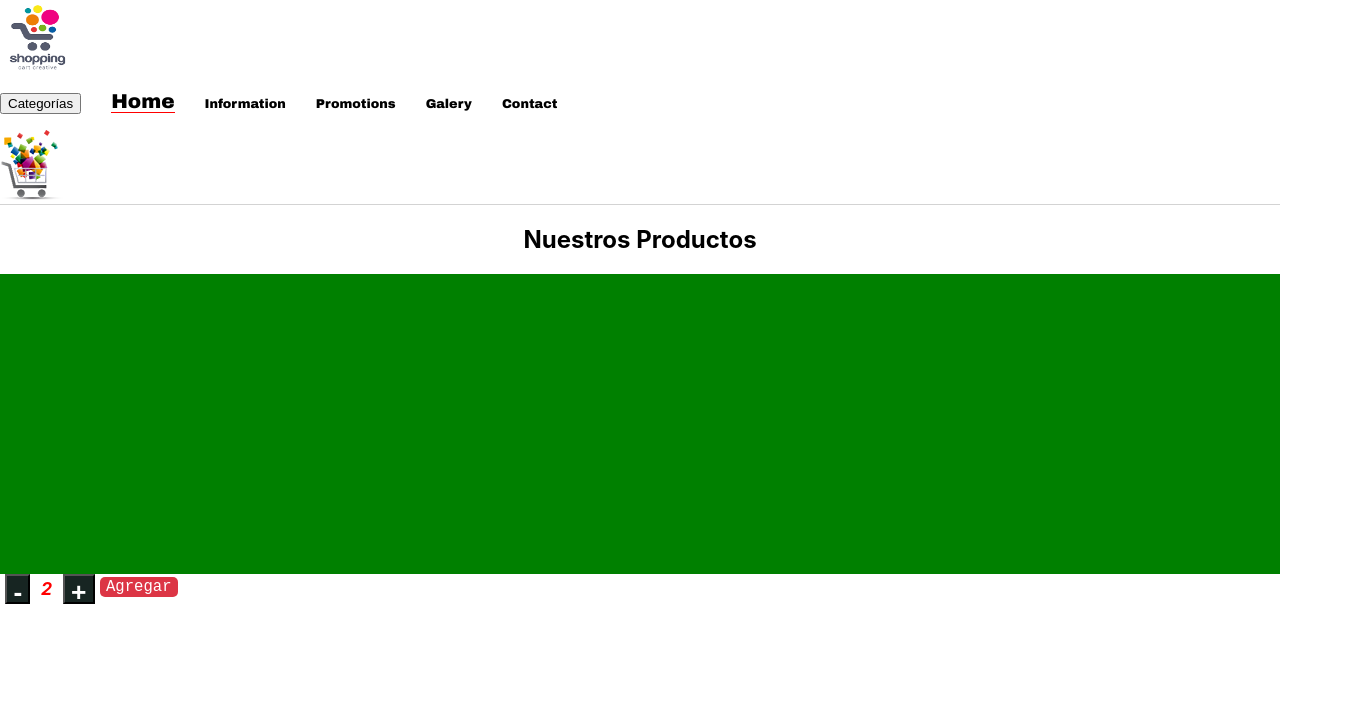
Repository: gustavomanuelquintana/CoderRepository
Page: / (app in cards-commers/)
These files come from the project's save history. The page is drawn as it stood at one moment and after the next save; the edit follows.
The browser window is 1280 px wide. The page is 1280 px wide, then 1350 px, so the pictures cover 1350 px, including what lies to the right of the window. The pictures show the whole page.
The project was rebuilt for these pictures with package versions that can differ from the ones it lists, and the page was loaded fresh each time.

Above is the page before, as saved 2020-10-31 13:40:37.

### cards-commers/src/App.js
import React from "react";
import NavBar from "./Components/NavBar/NavBar";
import ItemListContainer from "./Components/ItemListContainer/ItemListContainer";
import ItemCount from "./Components/ItemCount/ItemCount";

function App() {
  let stock= 14;
  const handleAdd = (counter) => {
    return ({stock}) => {
      if (stock <=0){
        alert('No hay stock')
      }else {
        alert(`Se van agregar ${counter} articulos`)
      }
    }
  }

  return (
    <div className="App">
        <NavBar />
        <ItemListContainer titulo='Nuestros Productos'/>
        <ItemCount onAdd={handleAdd}  stock={stock} initial={2} />
    </div>
  );
}

export default App;

### cards-commers/src/Components/NavBar/NavBar.js
import React from "react";
import ImageNavBar from "../../Images/cards-logo.png";
import CartWidget from "../CartWidget/CartWidget";
import Dropdown from "react-bootstrap/Dropdown";
import "./NavBar.css";

const styleFont = {
  fontSize: 20,
  borderBottom: "1px solid red",
};

function NavBar() {
  return (
    <div className=" col-12">
      <div className="header-navBar col-12">
        <div className="row col-12">
          <div className="Logo-navBar col-1">
            <a href="index.html">
            <img src={ImageNavBar} alt="logo" width="75" height="70" />
            </a>
          </div>
          <div className="Links-navBar col-10 mt-3">
            <ul className="List-navBar">
              <li>
                <Dropdown>
                  <Dropdown.Toggle  variant="danger" id="dropdown-basic">
                    Categorías
                  </Dropdown.Toggle>

                  <Dropdown.Menu>
                    <Dropdown.Item   href="#/action-1">
                      Deportes / Fitness
                    </Dropdown.Item>
                    <Dropdown.Item href="#/action-2">
                      Hogar / Electrodomésticos
                    </Dropdown.Item>
                    <Dropdown.Item href="#/action-3">Vehículos</Dropdown.Item>
                  </Dropdown.Menu>
                </Dropdown>
              </li>
              <li>
                <a style={styleFont} href="#">
                  Home
                </a>
              </li>
              <li>
                <a href="#">Information</a>
              </li>
              <li>
                <a href="#">Promotions </a>
              </li>
              <li>
                <a href="#">Galery</a>
              </li>
              <li>
                <a href="#">Contact</a>
              </li>
            </ul>
          </div>
          <div className="carrito-navBar col-1">
            <CartWidget />
          </div>
        </div>
      </div>
    </div>
  );
}

export default NavBar;

### cards-commers/src/Components/ItemListContainer/ItemListContainer.js
import React, {useState, useEffect} from 'react';
import './ItemListContainer.css';
import ItemList from './ItemList/ItemList';

const getList = () => {
    return new Promise( (res) => {
        let products;
        res(
            products = ["nike", "Airmax", "Running fast"]
        )
    });
}


function ItemListContainer({titulo}){
    const [itemList, setItemList] = useState([]);

    // Use effect
    useEffect( () => {
        getList().then( mercaderia => {
           setItemList(mercaderia);
        });
    },[]); // End useEffect

    return (
        <div className="container">
            <h2>{titulo}</h2>
        <ItemList items={itemList} />
        </div>
    );
}



export default ItemListContainer;

### cards-commers/src/Components/ItemCount/ItemCount.js
import React, {useState} from 'react';
import ButtonsCount from './ButtonsCount/ButtonsCount';
import ViewCount from './ViewCount/ViewCount';
import AgregarCount from './AgregarCount/AgregarCount';


    const styleContain={
        backgroundColor:"white",
        display:"flex",
    }
    const styleBox = {
        color:"red",
        fontWeight:"bold",
        fontSize:"1.1em",
        lineHeight:"18px",
        display:"flex",
        justifyContent:"center",
        width:"100px",
        height:"30px",
    }
    const boxAdd ={
        fontWeight: "bold",
        fontSize: "1em",
        color: "red",
    }
    export default function ItemCount({onAdd,stock,initial}) {
        let [counter, counterState] = useState(initial);

    const onClickButton = (amount) => {
        return () => {
            let total = (amount < 0) ? 0 : amount;
            let limiter = (total > stock) ? stock: total;
            counterState(limiter);

        }
    }

    let props = {counter, counterState}

    return (
        <div className="section-car" style={styleContain}>
        <div className="box-count" style={styleBox}>
            <ButtonsCount suma={false} onClick={onClickButton} {...props} />
             <ViewCount value={counter}/>
             <ButtonsCount suma={true} onClick={onClickButton}  {...props}/>
        </div>

        <div  className="box-add" style={boxAdd}> <AgregarCount onAdd= {onAdd} {...{counter}}/> </div>
        </div>
        );
}

### cards-commers/src/Components/CartWidget/CartWidget.js
import React from 'react';
import ImageCarrito from "../../Images/carrito-img.png";

function CartWidget(){
    return (
        <a href="#">
         <img src={ImageCarrito}/>
        </a>
    )
}

export default CartWidget;

### cards-commers/src/Components/NavBar/NavBar.css
img {
  max-width: 100%;
}
.header-navBar {
  background-color: white;
  display: flex;
  width: 100%;
  border-bottom: 1px solid lightgrey;
}

.Logo-navBar img {
  max-height: 8em;
  max-width: 8em;
}
.Links-navBar ul li {
  display: inline-block;
  margin-right: 35px;
  margin: 0 70px 0 -40px;
}
.Links-navBar ul li a {
  color: black;
  font-family: Arial Black;
  font-size: 0.8em;
  font-weight: bold;
  text-decoration: none;
}

### cards-commers/src/Components/ItemListContainer/ItemListContainer.css
.container{
    width:100%;
    max-height:100vh;
    margin: 0.25 auto;
    pading: 35px;
}
.container h2{
    text-align:center;
}

### cards-commers/src/Components/ItemListContainer/ItemList/ItemList.js
import React, {useState, useEffect} from 'react';
import './ItemList.css';





function ItemList({items}){
return <div className="itemList">

     </div>
}


export default ItemList;

### cards-commers/src/Components/ItemCount/ButtonsCount/ButtonsCount.js
import React from "react";
const styleButton = {
    fontWeight: "bold",
    fontSize:"1.5em",
    background: "#172522",
    color: "white",
    margin:"0 auto",
    height:"100%",
}

export default function ButtonsCount({suma,onClick,counter,counterState}) {

    let signo = suma ? '+' : '-';

    let amount = suma ? (counter + 1) : (counter - 1);

  return ( <button onClick={onClick(amount)} style={styleButton}>{signo}</button> )
}

### cards-commers/src/Components/ItemCount/ViewCount/ViewCount.js
import React from 'react';

const countnumber = {
    margin:"0.35em auto",
    fontStyle:"italic",

}

export default function ViewCount({value}){

    return(
        <div style={countnumber} className="countNumber">{value}</div>
    )
}

### cards-commers/src/Components/ItemCount/AgregarCount/AgregarCount.js
import React from 'react';

const agregarcount = {
    borderRadius:"5px",
    border:"none",
    margin:"0.2em auto",
    background:"#dc3545",
    color:"white",
    fontFamily:"monospace",
    fontSize:"1.2em",
}
export default function AgregarCount({onAdd, counter}){

    const agregarCount = () =>{};

    return(
        <div>
            <button style={agregarcount} onClick={onAdd(counter)}>Agregar</button>
        </div>
    )
}

### cards-commers/src/Components/ItemListContainer/ItemList/ItemList.css
.itemList{
    width:100%;
    height:300px;
    background-color:green;
}

Loaded but not shown: cards-commers/public/index.html (common file); cards-commers/src/index.js (common file); cards-commers/src/index.css (common file); cards-commers/src/serviceWorker.js (common file)

After the next save:
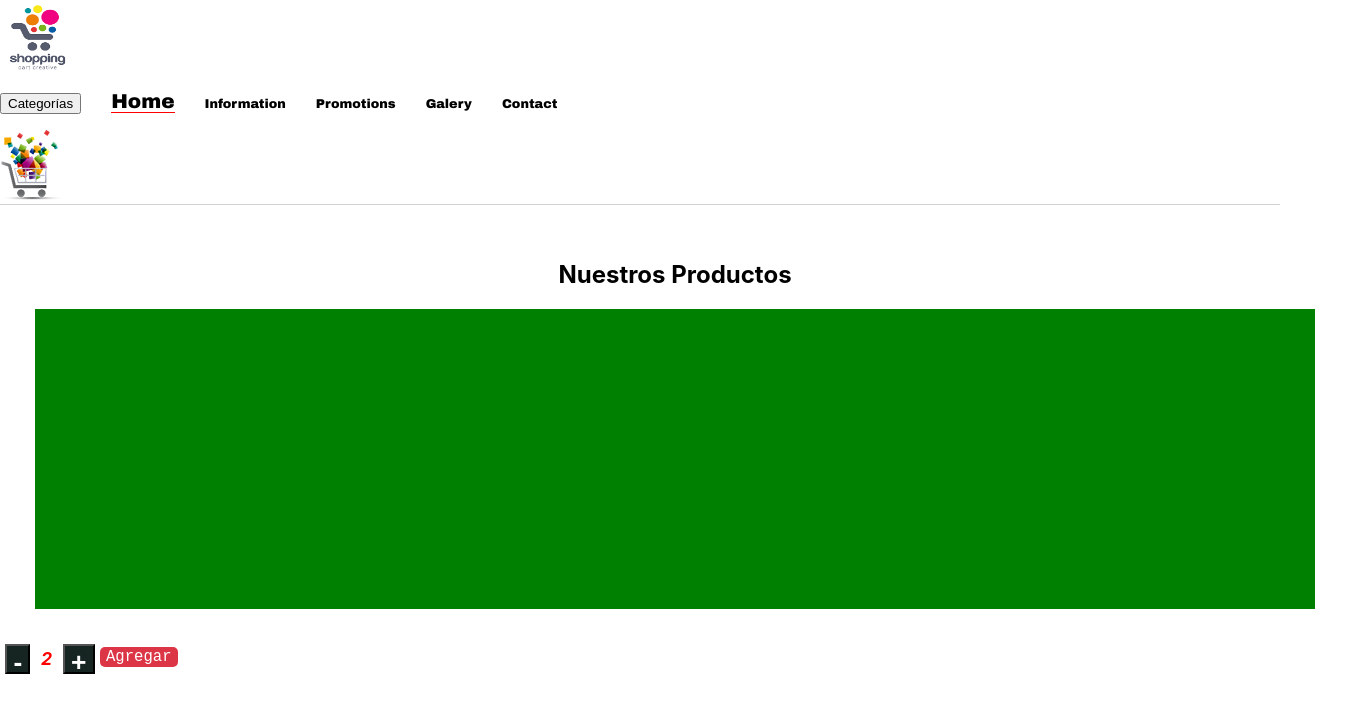
Saved 10 s later.
--- a/cards-commers/src/Components/ItemListContainer/ItemListContainer.css
+++ b/cards-commers/src/Components/ItemListContainer/ItemListContainer.css
@@ -2,7 +2,7 @@
     width:100%;
     max-height:100vh;
     margin: 0.25 auto;
-    pading: 35px;
+    padding: 35px;
 }
 .container h2{
     text-align:center;
